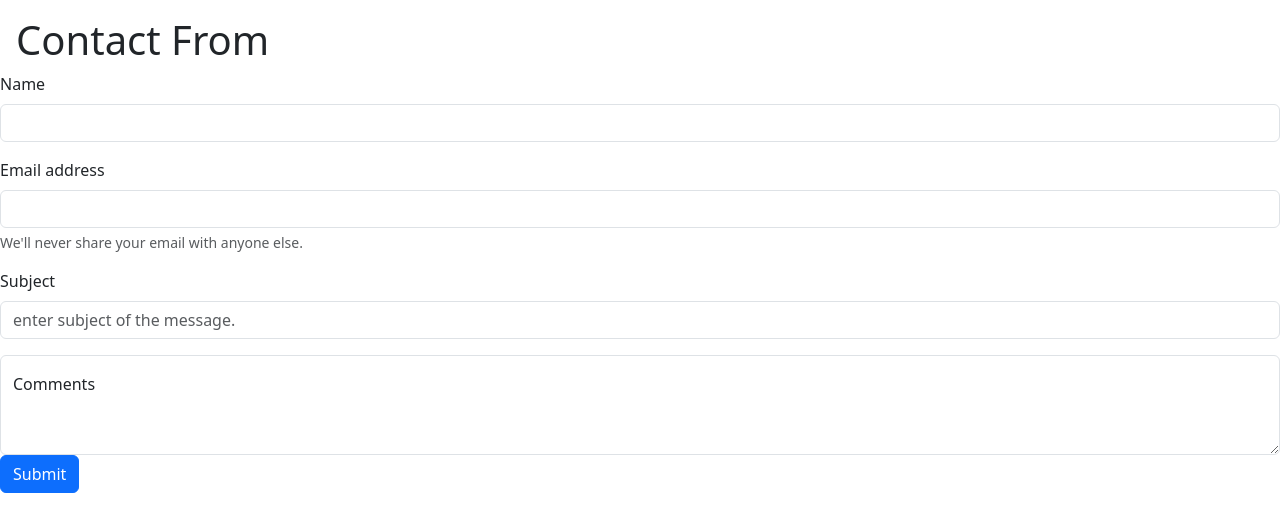
Repository: syni18/bootstrap_form
Page: index.html
These files come from the project's save history. The page is drawn as it stood at one moment and after the next save; the edit follows.
The browser window is 1280 px wide. The pictures show the whole page.

Above is the page before, as saved 2023-10-26 15:38:05.

After the next save:
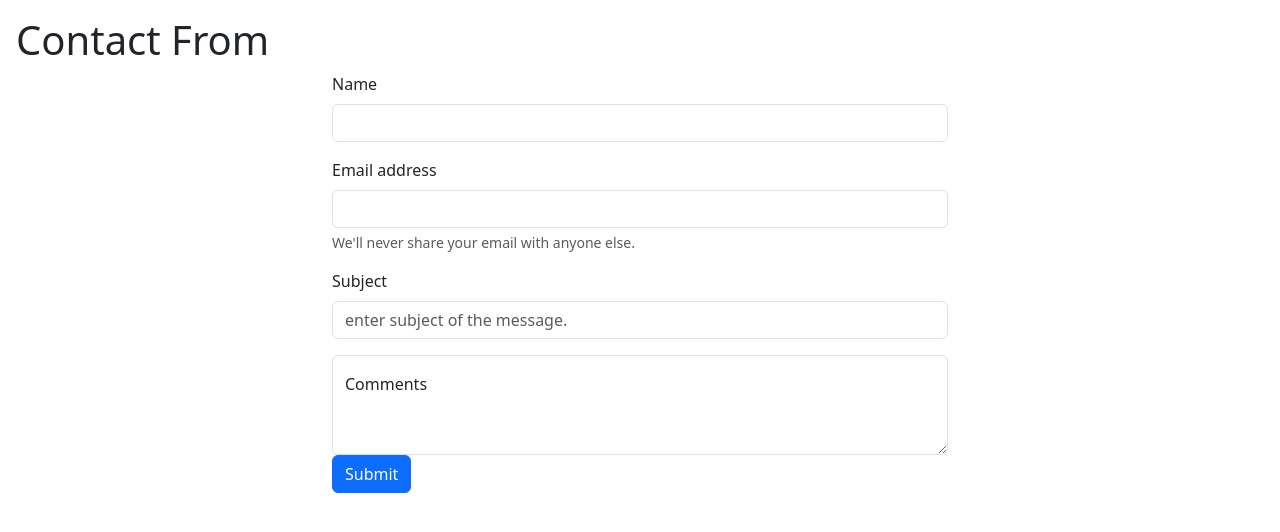
Saved 6 s later.
--- a/index.html
+++ b/index.html
@@ -8,7 +8,7 @@
 </head>
 <body>
     <h1 class="display-6 ms-3 mt-3">Contact From</h1>
-    <form class="">
+    <form class="container w-50">
   <div class="mb-3">
     <label for="exampleInputName1" class="form-label">Name</label>
     <input type="name" class="form-control" id="exampleInputName1" aria-describedby="NameHelp">
